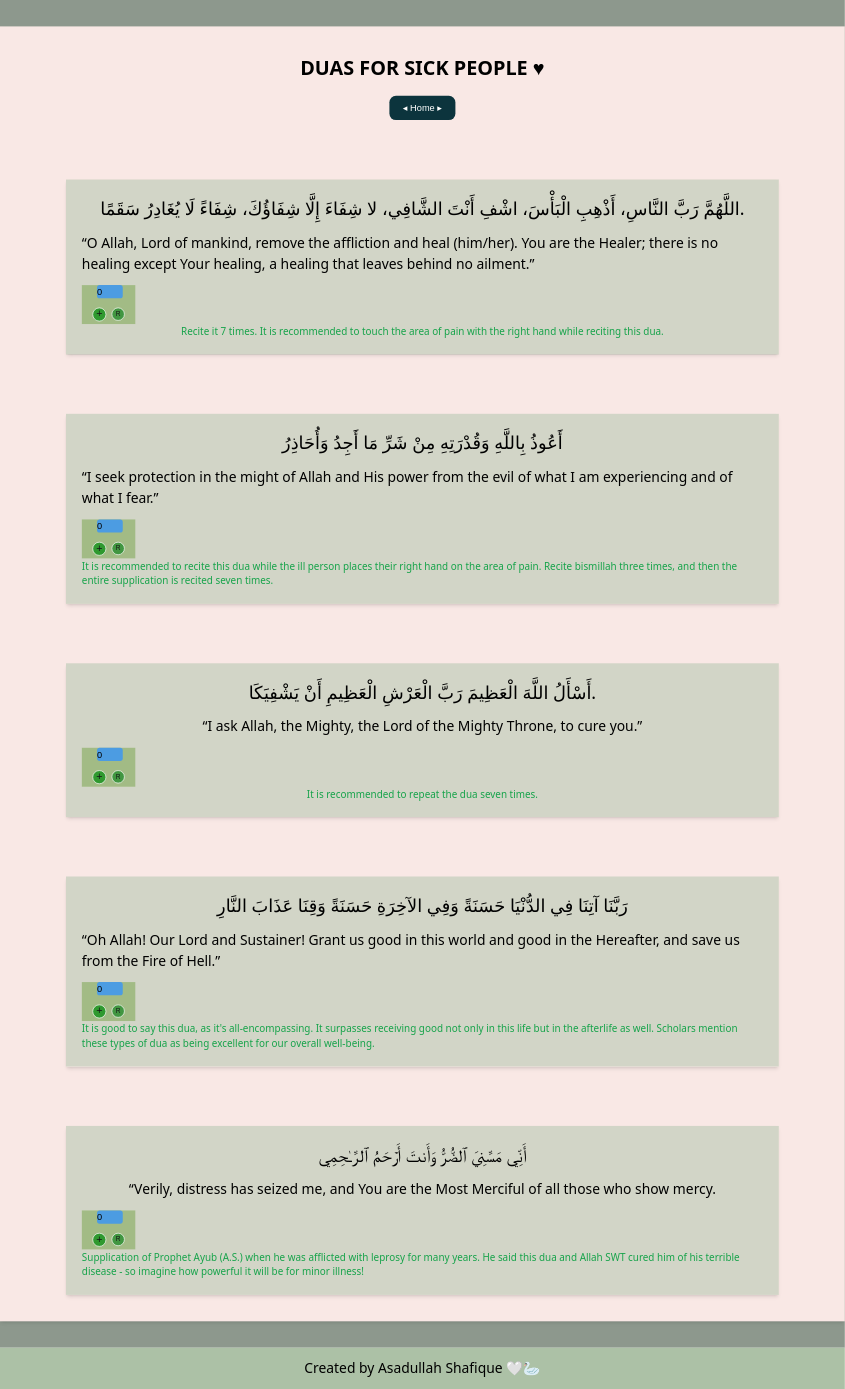
Repository: asadullah48/Duas_Diary
Page: /sick
The author's editor kept a copy of each file at every save. The page is drawn from the files as they stood at one save, then again after the next save.
The browser window is 1280 px wide. The pictures show the whole page, at 66% of full size.
The project was rebuilt for these pictures with package versions that can differ from the ones it lists, and the page was loaded fresh each time. The framework's server and built-in components were replaced by stand-ins that run in the browser. Also part of the build but not shown: next.config.ts.

Above is the page before, as saved 2024-11-30 10:22:28.

After the next save:
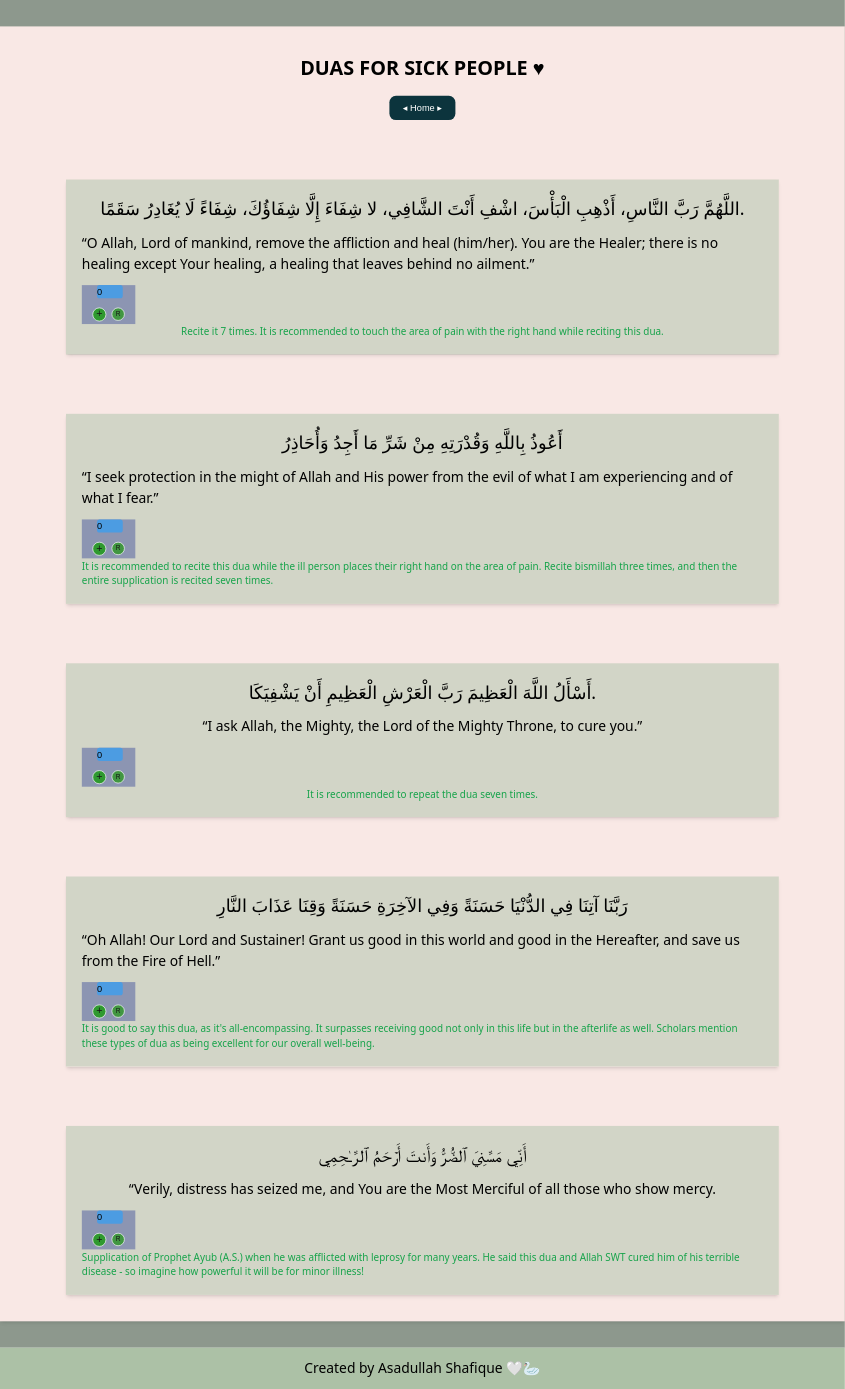
Saved 6 s later.
--- a/src/components/button.tsx
+++ b/src/components/button.tsx
@@ -16,7 +16,7 @@ export default function Button() {
   };
 
   return (
-    <div className="bg-[#4c8d0f5b] w-[81px] h-[59px] flex flex-col items-center justify-between">
+    <div className="bg-[#0f228d5b] w-[81px] h-[59px] flex flex-col items-center justify-between">
       <p className="text-black w-[39px] flex text-sm bg-[#4c9ce2] rounded ml-1">
         {count}
       </p>
